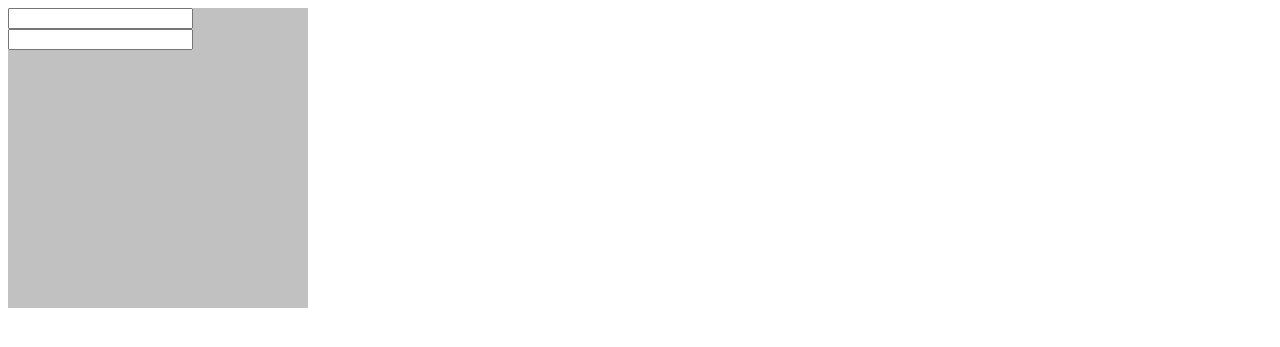
Repository: popll1/Pleiades
Page: http://localhost/jun29web/login.jsp
An editor plug-in stored every save of this project. The page is shown before and after the next save, followed by the edit.
The browser window is 1280 px wide. The pictures show the whole page.
The page is served by Tomcat 9.

Above is the page before, as saved 2023-06-29 06:10:27.

After the next save:
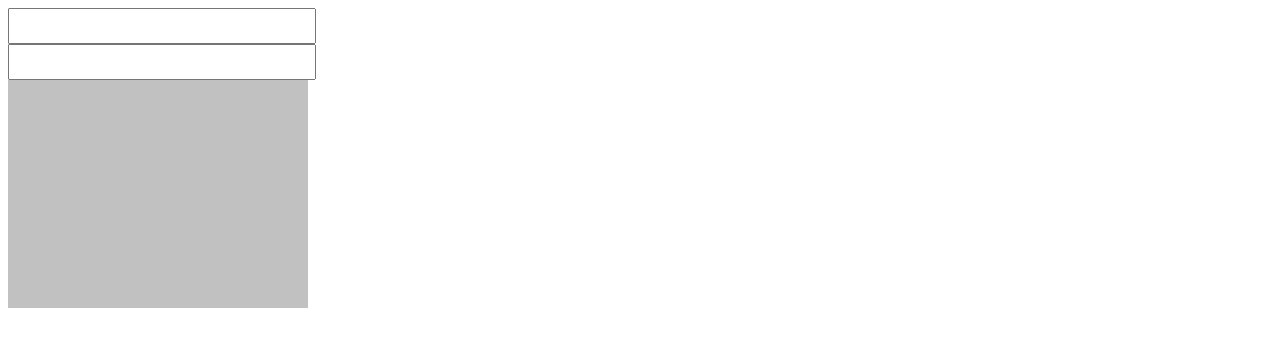
Saved 3 min 46 s later.
--- a/jun29web/src/main/webapp/login.jsp
+++ b/jun29web/src/main/webapp/login.jsp
@@ -13,6 +13,19 @@
  	height : 300px;
 
 }
+input {
+ 	width : 100%;
+
+ 	height : 30px;
+ 	text-align: center;
+
+
+
+
+ }
+
+
+
 
 
 </style>
